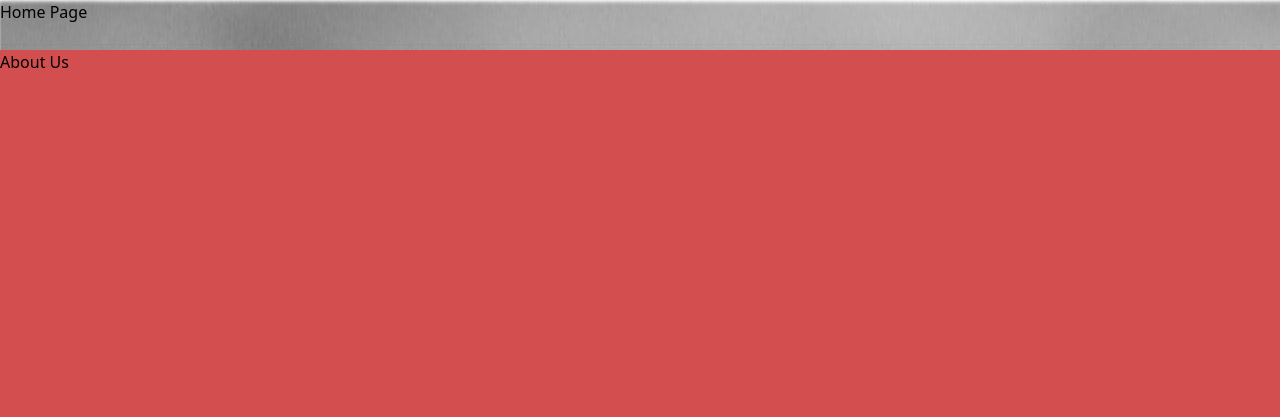
Repository: BrightonMboya/ggv-landingPage
Page: /
The author's editor kept a copy of each file at every save. The page is drawn from the files as they stood at one save, then again after the next save.
The browser window is 1280 px wide. The pictures show the whole page.
An inner scrolling area shows only its first screen. The project was rebuilt for these pictures with package versions that can differ from the ones it lists, and the page was loaded fresh each time. The framework's server and built-in components were replaced by stand-ins that run in the browser. Also part of the build but not shown: next.config.js, pages/components/background.js.

Above is the page before, as saved 2022-06-13 16:31:07.

After the next save:
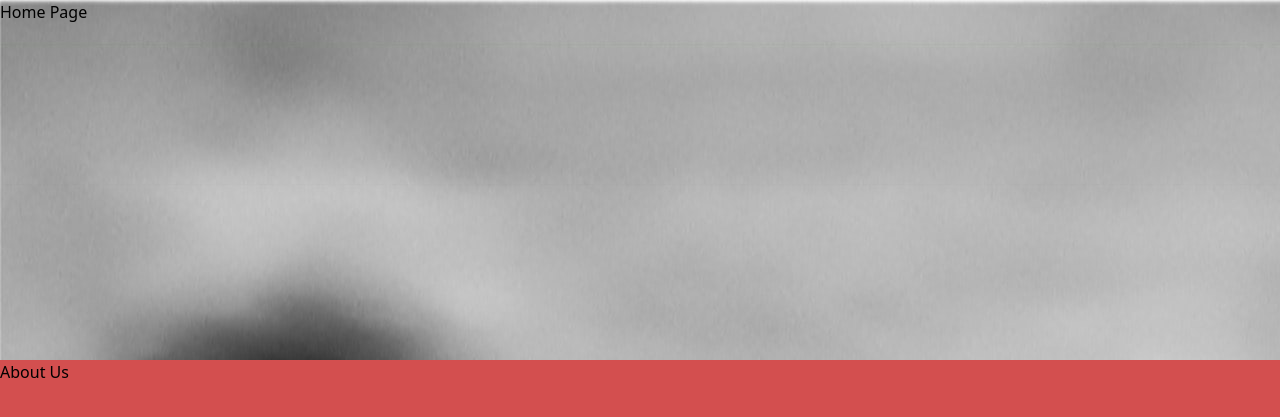
Saved 6 s later.
--- a/styles/Home.module.css
+++ b/styles/Home.module.css
@@ -20,7 +20,7 @@
 .one {
   background-image: url("../public/home.jpg");
   object-position: contain;
-  height: 50px;
+  height: 50%;
 }
 .two {
   background: rgb(211, 79, 79);
